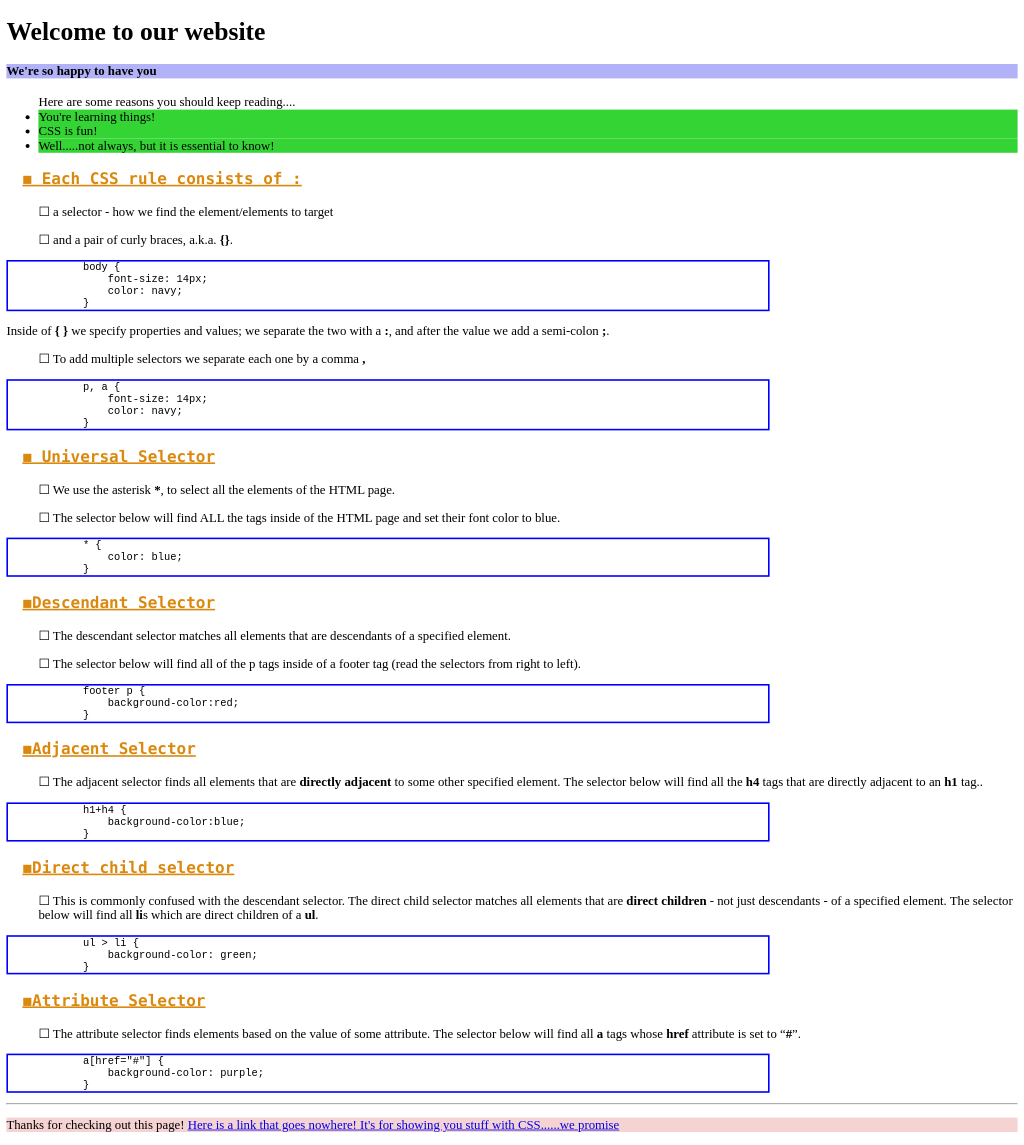
Repository: AnnaSpirit/Tests__
Page: CSS/Useful_Selectors.html
The author's editor kept a copy of each file at every save. The page is drawn from the files as they stood at one save, then again after the next save.
The browser window is 1280 px wide. The pictures show the whole page, at 80% of full size.

Above is the page before, as saved 2024-04-01 17:50:03.

### CSS/Useful_Selectors.html
<!DOCTYPE html>
<html lang="en">
<head>
    <meta charset="UTF-8">
    <meta name="viewport" content="width=device-width, initial-scale=1.0">
    <title>Useful Selectors</title>
    <link rel="stylesheet" href="style_Selectors.css">
</head>
<body>
    <header>
        <h1>Welcome to our website</h1>
        <h4>We're so happy to have you</h4>
    </header>
    <section>
        <ul> Here are some reasons you should keep reading....
            <li>You're learning things!</li>
            <li>CSS is fun!</li>
            <li>Well.....not always, but it is essential to know!</li>
        </ul>
    </section>
    <section>
        <h3 style="padding-left: 20px;"> &#9724; Each CSS rule consists of :</h3>
            <p style="padding-left: 40px;"> &#9744; a selector - how we find the element/elements to target</p>
            <p style="padding-left: 40px;"> &#9744; and a pair of curly braces, a.k.a. <b>{}</b>.</p>
    <span >
        <pre style="border: 2px solid blue; margin-right: 310px">
            body {
                font-size: 14px;
                color: navy;
            }</pre></span>
    <p>Inside of <b>{ }</b> we specify properties and values; we separate the two with a <b>:</b>, and after the value we add a semi-colon <b>;</b>.</p>
            <p style="padding-left: 40px;"> &#9744; To add multiple selectors we separate each one by a comma <b>,</b></p>
    <span>
        <pre style="border: 2px solid blue; margin-right: 310px">
            p, a {
                font-size: 14px;
                color: navy;
            }</pre>
        </span>
        <h3 style="padding-left: 20px;"> &#9724; Universal Selector</h3>
        <p style="padding-left: 40px;">&#9744; We use the asterisk <b>*</b>, to select all the elements of the HTML page.</p>
        <p style="padding-left: 40px;">&#9744; The selector below will find ALL the tags inside of the HTML page and set their font color to blue.</p>
    <span>
        <pre style="border: 2px solid blue; margin-right: 310px">
            * {
                color: blue;
            }</pre>
    </span>
    <h3 style="padding-left: 20px;"> &#9724;Descendant Selector</h3>
    <p style="padding-left: 40px;">&#9744; The descendant selector matches all elements that are descendants of a specified element.</p>
    <p style="padding-left: 40px;">&#9744; The selector below will find all of the p tags inside of a footer tag (read the selectors from right to left).</p>
    <span>
        <pre style="border: 2px solid blue; margin-right: 310px">
            footer p {
                background-color:red;
            }</pre>
    </span>
    <h3 style="padding-left: 20px;"> &#9724;Adjacent Selector</h3>
    <p style="padding-left: 40px;">&#9744; The adjacent selector finds all elements that are <b>directly adjacent</b> to some other specified element. The selector below
    will find all the <b>h4</b> tags that are directly adjacent to an <b>h1</b> tag..</p>
    <span>
        <pre style="border: 2px solid blue; margin-right: 310px">
            h1+h4 {
                background-color:blue;
            }</pre>
    </span>
    <h3 style="padding-left: 20px;"> &#9724;Direct child selector</h3>
    <p style="padding-left: 40px;">&#9744; This is commonly confused with the descendant selector. The direct child selector matches all elements that are <b>direct
    children</b> - not just descendants - of a specified element. The selector below will find all <b>li</b>s which are direct children
    of a <b>ul</b>.</p>
    <span>
        <pre style="border: 2px solid blue; margin-right: 310px">
            ul > li {
                background-color: green;
            }</pre>
    </span>
    <h3 style="padding-left: 20px;"> &#9724;Attribute Selector</h3>
    <p style="padding-left: 40px;">&#9744; The attribute selector finds elements based on the value of some attribute. The selector below will find all <b>a</b> tags
    whose <b>href</b> attribute is set to “<b>#</b>”.</p>
    <span>
        <pre style="border: 2px solid blue; margin-right: 310px">
            a[href="#"] {
                background-color: purple;
            }</pre>
    </span>
    </section>
    <hr>
    <footer>

        <p>
            Thanks for checking out this page!
            <a href="#">Here is a link that goes nowhere! It's for showing you stuff with CSS......we promise</a>
        </p>
    </footer>
</body>
</html>

### CSS/style_Selectors.css
/* Universal Selector */
/* * {
    color: brown;
} */
ul>li {
    background-color: rgb(53, 212, 53);
}

h3{
    color: rgb(218, 137, 14);
    font-family: "Lucida Console", Monaco, monospace;
    font-size: 20px;
    color: #DA890E;
    text-decoration: underline rgb(218, 137, 14);
}
h1+h4 {
    background-color: rgb(178, 178, 248);
}

footer p {
    background-color: rgb(245, 211, 211);
}

After the next save:
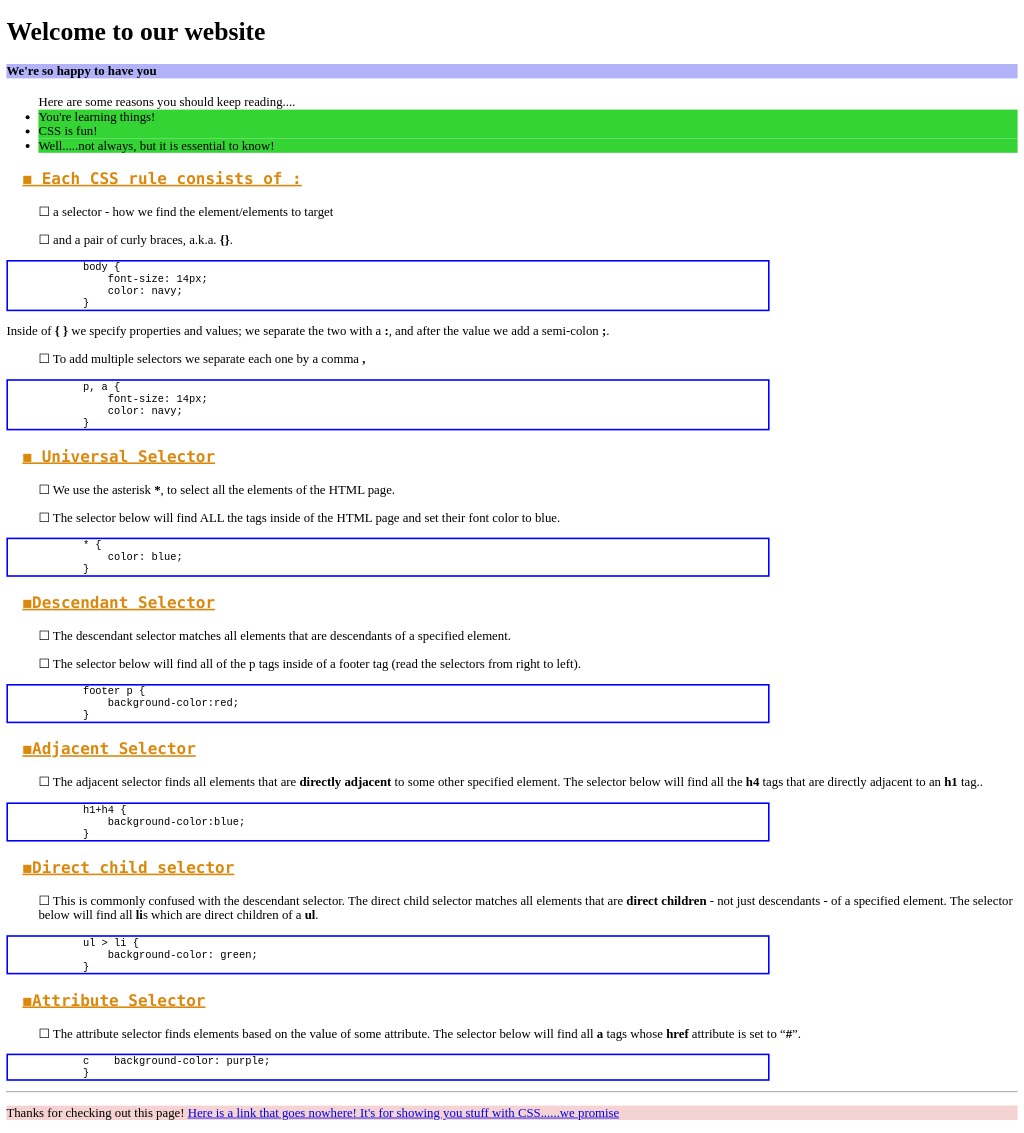
Saved 10 s later.
--- a/CSS/Useful_Selectors.html
+++ b/CSS/Useful_Selectors.html
@@ -79,8 +79,7 @@
     whose <b>href</b> attribute is set to “<b>#</b>”.</p>
     <span>
         <pre style="border: 2px solid blue; margin-right: 310px">
-            a[href="#"] {
-                background-color: purple;
+            c    background-color: purple;
             }</pre>
     </span>
     </section>
